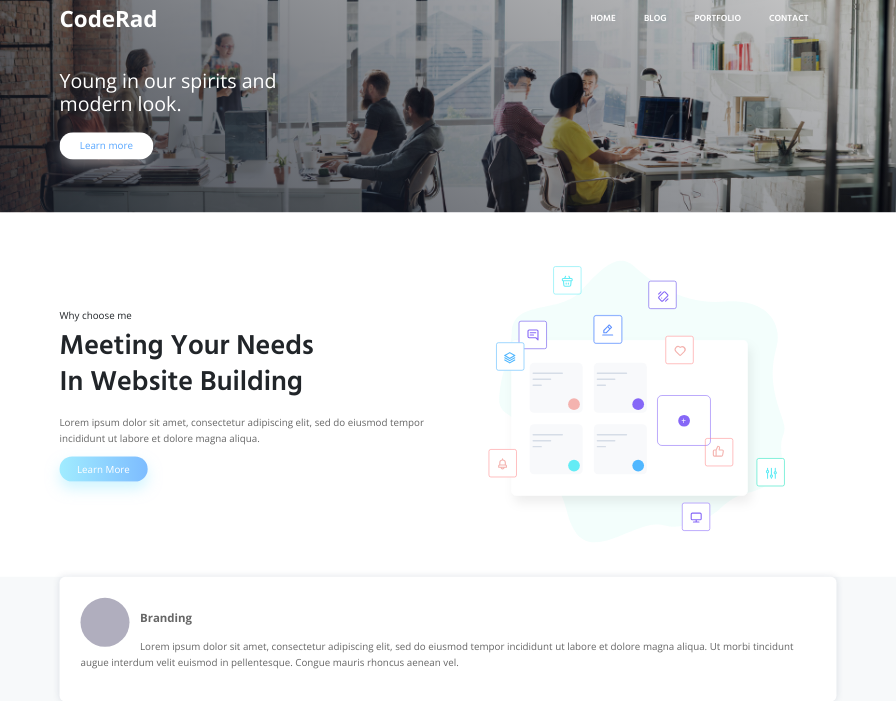
Repository: Sc-Juju/CodeRad
Page: index.html
The author's editor kept a copy of each file at every save. The page is drawn from the files as they stood at one save, then again after the next save.
The browser window is 1280 px wide. The pictures show the whole page, at 70% of full size.

Above is the page before, as saved 2022-11-10 10:54:40.

### index.html
<!DOCTYPE html>
<html>
	<head>
		<meta charset="utf-8" />
		<meta http-equiv="X-UA-Compatible" content="IE=edge" />
		<title>CodeRad</title>
		<meta name="description" content="" />
		<meta name="viewport" content="width=device-width, initial-scale=1" />

		<link
			href="https://fonts.googleapis.com/css2?family=Open+Sans:wght@300;400;600;700&display=swap"
			rel="stylesheet"
		/>
		<link
			href="https://fonts.googleapis.com/css2?family=Hind:wght@300;400;500;600;700&display=swap"
			rel="stylesheet"
		/>

		<link rel="stylesheet" href="./css/default.css" />
		<link rel="stylesheet" href="./css/styles.css" />
		<link rel="stylesheet" href="./css/responsive.css" />
	</head>
	<body>
		<nav class="navbar nav">
			<div class="container">
				<button
					class="navbar-toggler"
					aria-expanded="false"
					aria-controls="navbarDropdown"
				>
					<span>&#9776;</span>
				</button>
				<a class="navbar-brand" href="index.html">CodeRad</a>
				<ul class="navbar-nav">
					<li class="nav-link">
						<a href="#">Home</a>
					</li>

					<li class="nav-link">
						<a href="#">Blog</a>
					</li>
					<li class="nav-link">
						<a href="#">Portfolio</a>
					</li>
					<li class="nav-link">
						<a href="#">Contact</a>
					</li>
				</ul>
			</div>
		</nav>

		<header class="bg-header">
			<div class="container">
				<div class="hero-wrapper">
					<h2 class="hero-header">
						Young in our spirits and <br />
						modern look.
					</h2>
					<a class="btn btn-white" href="#">Learn more</a>
				</div>
			</div>
		</header>
		<!--Why me-->
		<section>
			<div class="container why-me-wrapper">
				<div class="block-text">
					<span>Why choose me</span>
					<h2>
						Meeting Your Needs <br />
						In Website Building
					</h2>
					<p>
						Lorem ipsum dolor sit amet, consectetur adipiscing elit,
						sed do eiusmod tempor incididunt ut labore et dolore
						magna aliqua.
					</p>
					<a href="" class="btn btn-primary">Learn More</a>
				</div>
				<div>
					<img src="./CodeRad-assets/image2.svg" alt="Icon Chart" />
				</div>
			</div>
		</section>
		<!--Services-->
		<section class="bg-contrast">
			<div class="container">
				<div class="service-card">
					<span class="bg-color-1"></span>
					<div>
						<h3>Branding</h3>
						<p>
							Lorem ipsum dolor sit amet, consectetur adipiscing
							elit, sed do eiusmod tempor incididunt ut labore et
							dolore magna aliqua. Ut morbi tincidunt augue
							interdum velit euismod in pellentesque. Congue
							mauris rhoncus aenean vel.
						</p>
					</div>
				</div>
			</div>
		</section>
	</body>
</html>

### css/default.css
:root{
    --white:#fff;
    --black: #000;
    --font-color-base:#666;
    --font-color-dark:#212529;
    --font-color-light:#b0aebe;
    --font-color-link:#57a6ff;
    --footer:#34314b;
    --footer-base:2e2b45;
    --contrast:rgba(246, 248, 249, 0.8);
    --success: #64ecf5;
    --danger:#ff8b8d;
    --grad-1:#a1ecff;
    --grad-2:#7dbcff;


    --size-10:0.625rem;
    --size-14:0.875rem;
    --size-16:1rem;
    --size-18:1.125rem;
    --size-20:1.25rem;
    --size-30:1.875rem;
    --size-40:2.5rem;
    --size-50:3.125rem;
    --size-100:6.25rem;
    --size-150:9.375rem;
}
body{
    font-family:"Open Sans", sans-serif;
    font-weight: 400;
    font-size:0.875rem;
    line-height: 1.6;
    letter-spacing: 0;
    color: var(--font-color-base);
    margin:0;
    padding:0;
}
*,
::after,
::before{
    box-sizing: border-box;
}
ul{
    padding:0;
    margin:0;
    list-style: none;
}
a {text-decoration: none;}
p {margin-top:0;}
h2{
    font-size:1.75rem;
    font-weight:500;
    line-height:1.2;
}
img {
    width:100%;
    max-width:100%;
    vertical-align:middle;
    border-style: none;
}
.container{
    width: 100%;
    padding-left:15px;
    padding-right:15px;
    margin-right:auto;
    margin-left:auto;
}

.btn{
    display: inline-block;
    font-weight: 400;
    color: var(--font-color-dark);
    text-align: center;
    cursor: pointer;
    user-select: none;
    background-color: transparent;
    border: 1px solid transparent;
    padding: .375rem .75rem;
    border-radius:1.25rem;
    transition: ease-in-out .3s;
}
.btn-primary{
    background-image: linear-gradient(90deg, var(--grad-1)0%, var(--grad-2)100%);
    border: 1px var(--grad-1);
    box-shadow: 0 10px 20px rgba(161, 236, 255, .5);
    transition: ease-in-out .3s;
    color: var(--white);
    padding: .4375rem 1.5625rem;
}

.btn-white{
    background-color: var(--white);
    color: var(--font-color-link);
    box-shadow: 0px 10px 20px rgba(255, 255, 255, .35);
    padding: .475rem 1.75rem;
}

@media (min-width:1200px){
    .container{ max-width: 1140px; }
}

### css/styles.css
.navbar{
    position: fixed;
    top: 0;
    right: 0;
    left: 0;
    z-index: 200;
    transition: ease-in-out .3s;
}
[aria-controls="navbarDropdown"]{
    display:none;
}
.navbar-nav{
    display: flex;
    align-items: center;
}
.navbar .container{
    display: flex;
    align-items: center;
}
.navbar-brand{
    margin-right:auto;
    font-size: 2rem;
    font-weight: 700;
    width: 100%;
    transition: ease-in-out .3s;
    color: var(--white);

}
.bg-header{
    background-image: url(../CodeRad-assets/bg-header-1.jpg);
    background-color: var(--footer);
    background-repeat: no-repeat;
    background-size: cover;
    background-position:50% 20%;
    position: relative;
    z-index: 1;
    padding: 4.6875rem 0;
}
.bg-header::before{
    background-image: linear-gradient(30deg,
    rgba(21,27,38, .8)0%,
    rgba(0,0,0,.2)100%);
    position: absolute;
    content:"";
    top: 0;
    left: 0;
    right: 0;
    bottom: 0;
    width: 100%;
    height: 100%;
    z-index: -1;
}
.nav-link a{
    color: var(--white);
    font-size: .8125rem;
    font-weight: 600;
    font-family: "Hind", sans-serif;
    text-transform: uppercase;
    margin-right: 2.5rem;
    line-height: 1.25rem;
}
.hero-header{
    color: var(--white);
}
.why-me-wrapper{
    display: flex;
    align-items: center;
}
.why-me-wrapper div{
    flex: 1;
}
.block-text{
    padding-right: var(--size-50);
}
.block-text span{
    color: var(--font-color-dark);
    font-weight: 300;
}
.block-text h2{
    font-size: var(--size-40);
    font-family: "Hind", sans-serif;
    font-weight: 600;
    color: var(--font-color-dark);
    margin-bottom: var(--size-20);
    line-height: 1.3;
    margin-top: 0.5rem;
}
.bg-contrast{
    background-color: var(--contrast);
}
.service-card{
    padding: var(--size-30);
    box-shadow: 0 0 10px rgba(48, 63, 100, .15);
    background: white;
    border-radius: 8px;
}
.service-card span{
    width:4.375rem;
    height: 4.375rem;
    background: green;
    display: block;
    float: left;
    margin-right: 15px;
    border-radius: 50%;
    background: var(--font-color-light);
}

Loaded but not shown: css/responsive.css (no copy from this time; the picture is the same without it)

After the next save:
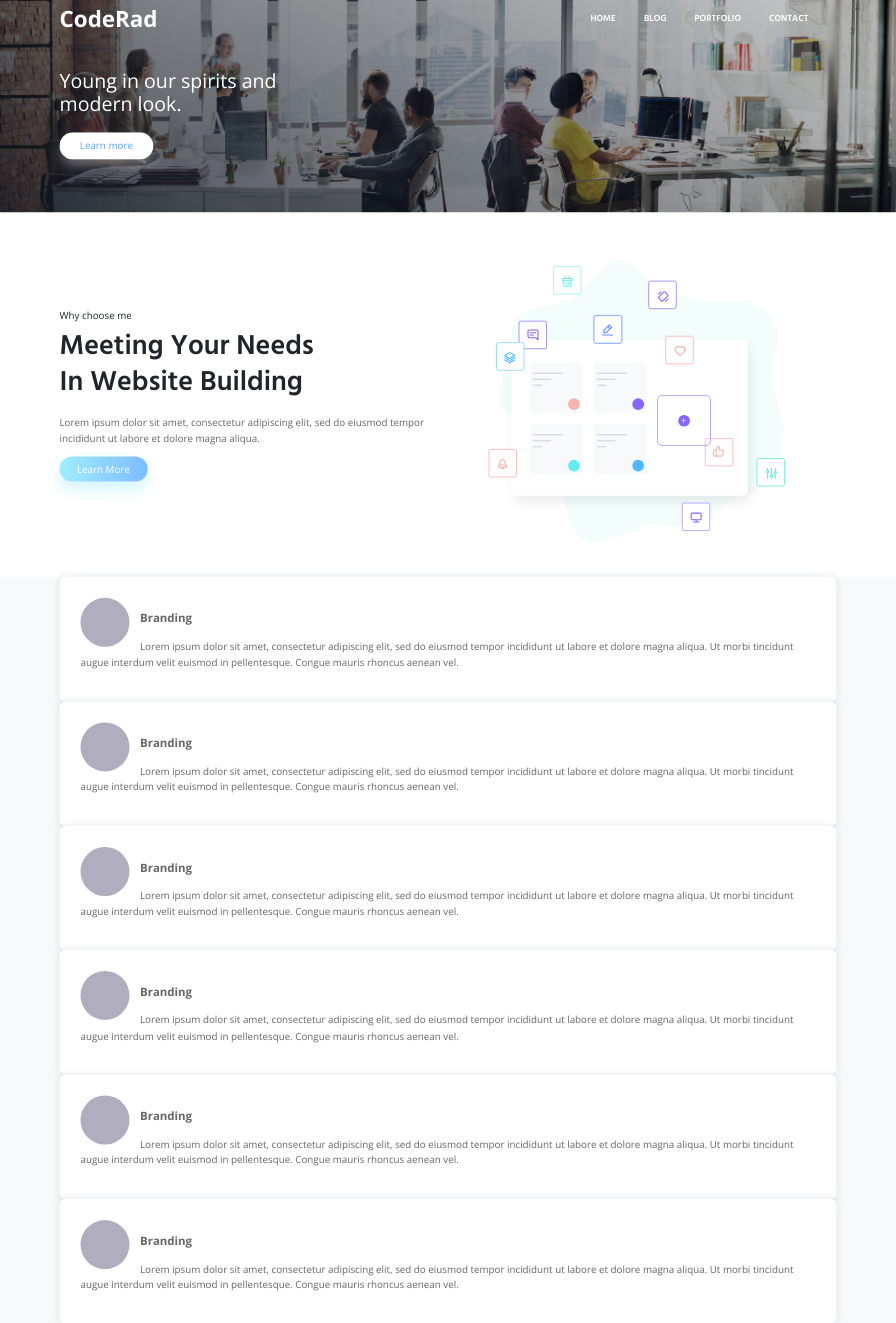
Saved 113 s later.
--- a/index.html
+++ b/index.html
@@ -97,6 +97,71 @@
 						</p>
 					</div>
 				</div>
+				<div class="service-card">
+					<span class="bg-color-2"></span>
+					<div>
+						<h3>Branding</h3>
+						<p>
+							Lorem ipsum dolor sit amet, consectetur adipiscing
+							elit, sed do eiusmod tempor incididunt ut labore et
+							dolore magna aliqua. Ut morbi tincidunt augue
+							interdum velit euismod in pellentesque. Congue
+							mauris rhoncus aenean vel.
+						</p>
+					</div>
+				</div>
+				<div class="service-card">
+					<span class="bg-color-3"></span>
+					<div>
+						<h3>Branding</h3>
+						<p>
+							Lorem ipsum dolor sit amet, consectetur adipiscing
+							elit, sed do eiusmod tempor incididunt ut labore et
+							dolore magna aliqua. Ut morbi tincidunt augue
+							interdum velit euismod in pellentesque. Congue
+							mauris rhoncus aenean vel.
+						</p>
+					</div>
+				</div>
+				<div class="service-card">
+					<span class="bg-color-4"></span>
+					<div>
+						<h3>Branding</h3>
+						<p>
+							Lorem ipsum dolor sit amet, consectetur adipiscing
+							elit, sed do eiusmod tempor incididunt ut labore et
+							dolore magna aliqua. Ut morbi tincidunt augue
+							interdum velit euismod in pellentesque. Congue
+							mauris rhoncus aenean vel.
+						</p>
+					</div>
+				</div>
+				<div class="service-card">
+					<span class="bg-color-5"></span>
+					<div>
+						<h3>Branding</h3>
+						<p>
+							Lorem ipsum dolor sit amet, consectetur adipiscing
+							elit, sed do eiusmod tempor incididunt ut labore et
+							dolore magna aliqua. Ut morbi tincidunt augue
+							interdum velit euismod in pellentesque. Congue
+							mauris rhoncus aenean vel.
+						</p>
+					</div>
+				</div>
+				<div class="service-card">
+					<span class="bg-color-6"></span>
+					<div>
+						<h3>Branding</h3>
+						<p>
+							Lorem ipsum dolor sit amet, consectetur adipiscing
+							elit, sed do eiusmod tempor incididunt ut labore et
+							dolore magna aliqua. Ut morbi tincidunt augue
+							interdum velit euismod in pellentesque. Congue
+							mauris rhoncus aenean vel.
+						</p>
+					</div>
+				</div>
 			</div>
 		</section>
 	</body>
